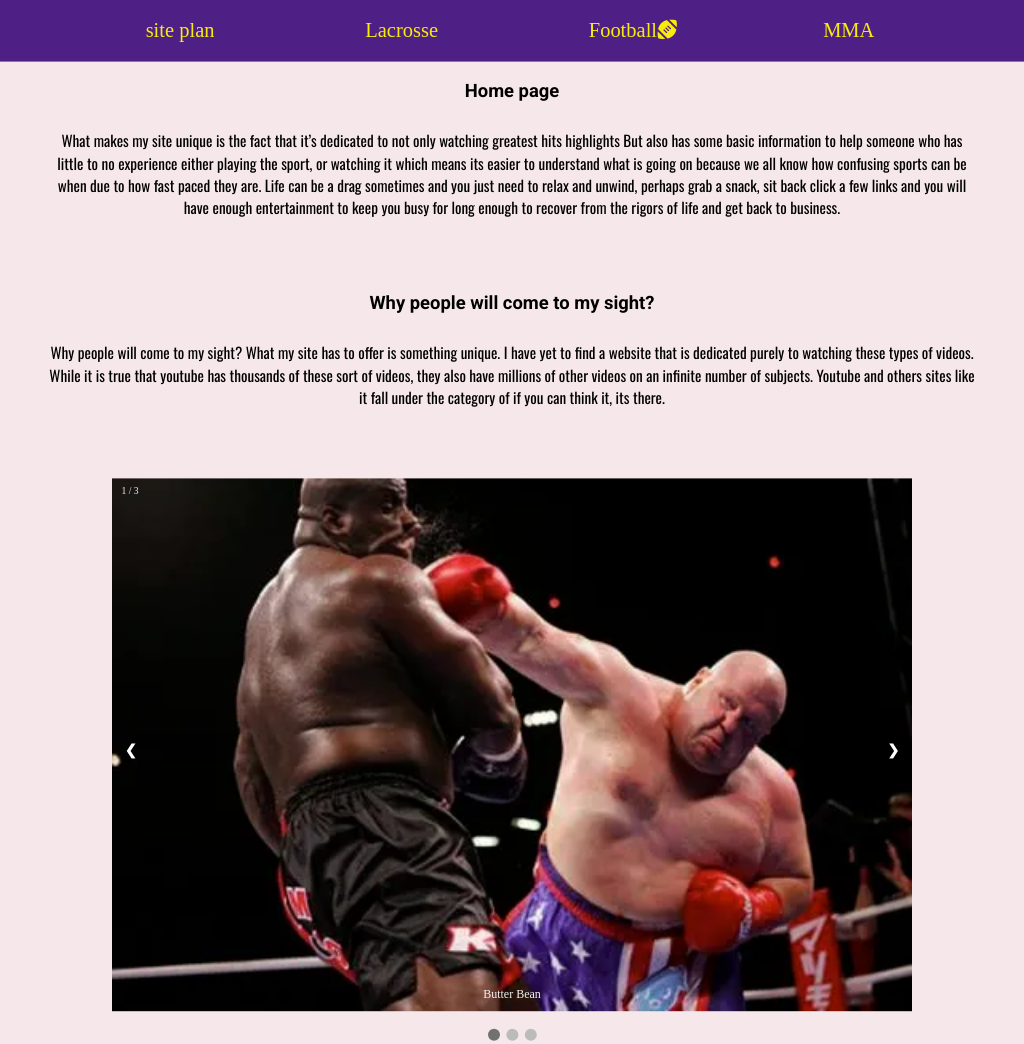
Repository: nak97/personal-site
Page: index.html
An editor plug-in stored every save of this project. The page is shown before and after the next save, followed by the edit.
The browser window is 1280 px wide. The pictures show the whole page, at 80% of full size.
Some icons come from a web library that is not loaded, so they are not drawn. Some web libraries are served in a nearby version.

Above is the page before, as saved 2023-03-27 13:35:10.

### index.html
<!DOCTYPE html>
<html lang="en">
<head>
  <meta charset="UTF-8">
  <meta http-equiv="X-UA-Compatible" content="IE=edge">
  <meta name="viewport" content="width=device-width, initial-scale=1.0">
  <link rel="stylesheet" href="personal-site.css">
  <link rel="stylesheet" href="slide-show.css">
  <link href="https://fonts.googleapis.com/css2?family=Oswald:wght@200&family=Roboto:wght@700&display=swap" rel="stylesheet">
  <link href="https://fonts.googleapis.com/css2?family=Oswald:wght@200;400&family=Roboto:wght@700&display=swap" rel="stylesheet">
<link rel="preconnect" href="https://fonts.gstatic.com" crossorigin>
  <script src="https://kit.fontawesome.com/615002bc5f.js" crossorigin="anonymous"></script>

  <title> Home</title>
</head>
<body>
  <nav>
    <a href="site-plan.html">site plan <i class="fa-solid fa-ruler-triangle"></i></a>
    <a href="lacrosse.html" target="_blank">Lacrosse <i class="fa-solid fa-lacrosse-stick-ball"></i></a>
    <a href="football.html" target="_blank">Football<i class="fa-solid fa-football"></i></a>
    <a href="mma.html" target="_blank">MMA  <i class="fa-solid fa-boxing-glove"></i></a>
  </nav>
<section class="home">
<h3>Home page</h3>
      <p class="p1">
        What makes my site unique is the fact that it’s dedicated to not only watching greatest hits highlights But also has some basic information to help someone who has little to no experience either playing the sport, or watching it which means its easier to understand what is going on because we all know how confusing sports can be when due to how fast paced they are.
        Life can be a drag sometimes and you just need to relax and unwind, perhaps grab a snack,
        sit back click a few links and you will have enough entertainment to keep you busy for long enough to recover from the rigors of life and get back to business.
      </p>
      <h3>Why people will come to my sight?</h3>
      <p class="p2">
        Why people will come to my sight?
        What my site has to offer is something unique. I have yet to find a website that is dedicated purely to watching these types of videos.
        While it is true that youtube has thousands of these sort of videos, they also have millions of other videos on an infinite number of subjects. Youtube and others sites
        like it fall under the category of if you can think it, its there.
      </p>
    </section>


    <!-- Slideshow container -->
<div class="slideshow-container">

  <!-- Full-width images with number and caption text -->
  <div class="mySlides fade">
    <div class="numbertext">1 / 3</div>
    <img src="./images/butterbean1.webp" style="width:100%">
    <div class="text">Butter Bean</div>
  </div>

  <div class="mySlides fade">
    <div class="numbertext">2 / 3</div>
    <img src="./images/pexels-pixabay-159574.jpg" style="width:100%">
    <div class="text">Football</div>
  </div>

  <div class="mySlides fade">
    <div class="numbertext">3 / 3</div>
    <img src="./images/lacrosse-hit-one.webp" style="width:100%">
    <div class="text">Lacrosse</div>
  </div>

  <!-- Next and previous buttons -->
  <a class="prev" onclick="plusSlides(-1)">&#10094;</a>
  <a class="next" onclick="plusSlides(1)">&#10095;</a>
</div>
<br>

<!-- The dots/circles -->
<div style="text-align:center">
  <span class="dot" onclick="currentSlide(1)"></span>
  <span class="dot" onclick="currentSlide(2)"></span>
  <span class="dot" onclick="currentSlide(3)"></span>
</div>

<script>
  let slideIndex = 1;
showSlides(slideIndex);

// Next/previous controls
function plusSlides(n) {
  showSlides(slideIndex += n);
}

// Thumbnail image controls
function currentSlide(n) {
  showSlides(slideIndex = n);
}

function showSlides(n) {
  let i;
  let slides = document.getElementsByClassName("mySlides");
  let dots = document.getElementsByClassName("dot");
  if (n > slides.length) {slideIndex = 1}
  if (n < 1) {slideIndex = slides.length}
  for (i = 0; i < slides.length; i++) {
    slides[i].style.display = "none";
  }
  for (i = 0; i < dots.length; i++) {
    dots[i].className = dots[i].className.replace(" active", "");
  }
  slides[slideIndex-1].style.display = "block";
  dots[slideIndex-1].className += " active";
}
</script>

### personal-site.css

body{
  background-color: #F6E8EA;
  padding: 0 ;
  margin: 0;
}

 h3 {
  font-family: 'Roboto', sans-serif;
  font-size: 23px;
}

p {
  font-family: 'Oswald', sans-serif;
  font-size: 19px;
}

  .container {display: grid;}

a{text-decoration: none;}

.home h3 {
  text-align: center;
}

.home .p1 {
  padding: 11px 60px 69px;
}

.home .p2 {
  padding: 11px 60px 69px;
}


nav{
  display: flex;
  justify-content: space-evenly;
  background-color: #4e2086;
  line-height: 3em;
  text-align: center;
  font-size: 1.6em;
}

nav a { color: #f8ec0d;}

nav a:hover {color: #F45B69;}

.lacrosse h3, p {text-align: center;}

.lacrosse p {padding: 0px 121px;}

.lacrosse { margin: 43px 0;}

.Laxvideos{
  margin-top: 20px;
  display: flex;
  justify-content: space-evenly;
  text-align: center;
  background-color: #F45B69;
  padding-top: 40px;
}

.rules{margin: 50px 0;}

.rules h3, p {text-align: center;}

.rules p {padding: 0px 121px;}

.LaxImages {
  background-color: #4e2086;
}

.LaxImages p {color:#f8ec0d;
}

.images {
  display: flex;
  justify-content: space-between;
  padding-top: 54px;
}

.img1{margin-left: 105px;}

.img1 p {text-align: center; }

.img2 {margin-left: 312px;}

.img2 p{
  text-align: center;
  margin-right: 70px;
}

.img-1{
  margin-left: 40px;
  width: 400px;
  height: 300px;}

.img-2{
  margin-left: 16px;
  width: 400px;
  height: 300px;
}

footer{
margin-top: 45px;
text-align: center;
margin-bottom: 60px;}

footer a {
  background-color: #4e2086;
  color: #f8ec0d;
  padding: 20px;
}

footer a:hover {
  color: #F45B69;
}

### slide-show.css
* {box-sizing:border-box}

/* Slideshow container */
.slideshow-container {
  max-width: 1000px;
  position: relative;
  margin: auto;
}

/* Hide the images by default */
.mySlides {
  display: none;
}

/* Next & previous buttons */
.prev, .next {
  cursor: pointer;
  position: absolute;
  top: 50%;
  width: auto;
  margin-top: -22px;
  padding: 16px;
  color: white;
  font-weight: bold;
  font-size: 18px;
  transition: 0.6s ease;
  border-radius: 0 3px 3px 0;
  user-select: none;
}

/* Position the "next button" to the right */
.next {
  right: 0;
  border-radius: 3px 0 0 3px;
}

/* On hover, add a black background color with a little bit see-through */
.prev:hover, .next:hover {
  background-color: rgba(0,0,0,0.8);
}

/* Caption text */
.text {
  color: #f2f2f2;
  font-size: 15px;
  padding: 8px 12px;
  position: absolute;
  bottom: 8px;
  width: 100%;
  text-align: center;
}

/* Number text (1/3 etc) */
.numbertext {
  color: #f2f2f2;
  font-size: 12px;
  padding: 8px 12px;
  position: absolute;
  top: 0;
}

/* The dots/bullets/indicators */
.dot {
  cursor: pointer;
  height: 15px;
  width: 15px;
  margin: 0 2px;
  background-color: #bbb;
  border-radius: 50%;
  display: inline-block;
  transition: background-color 0.6s ease;
}

.active, .dot:hover {
  background-color: #717171;
}

/* Fading animation */
.fade {
  animation-name: fade;
  animation-duration: 1.5s;
}

@keyframes fade {
  from {opacity: .4}
  to {opacity: 1}
}

After the next save:
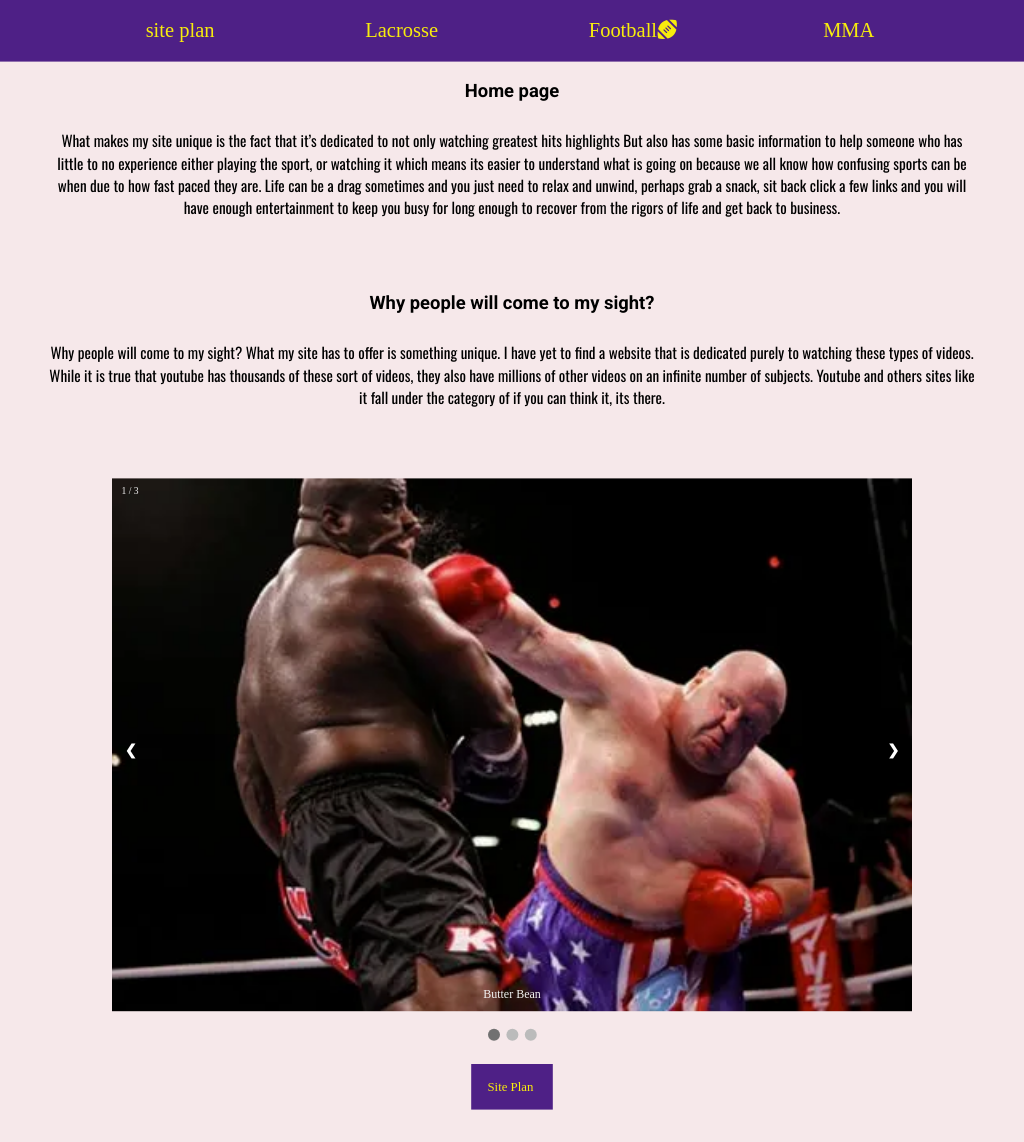
Saved 4 min 1 s later.
--- a/index.html
+++ b/index.html
@@ -102,3 +102,5 @@ function showSlides(n) {
   dots[slideIndex-1].className += " active";
 }
 </script>
+
+<footer><a href="site-plan.html"  > Site Plan <i class="fa-solid fa-ruler-triangle"></i></a> </footer>
